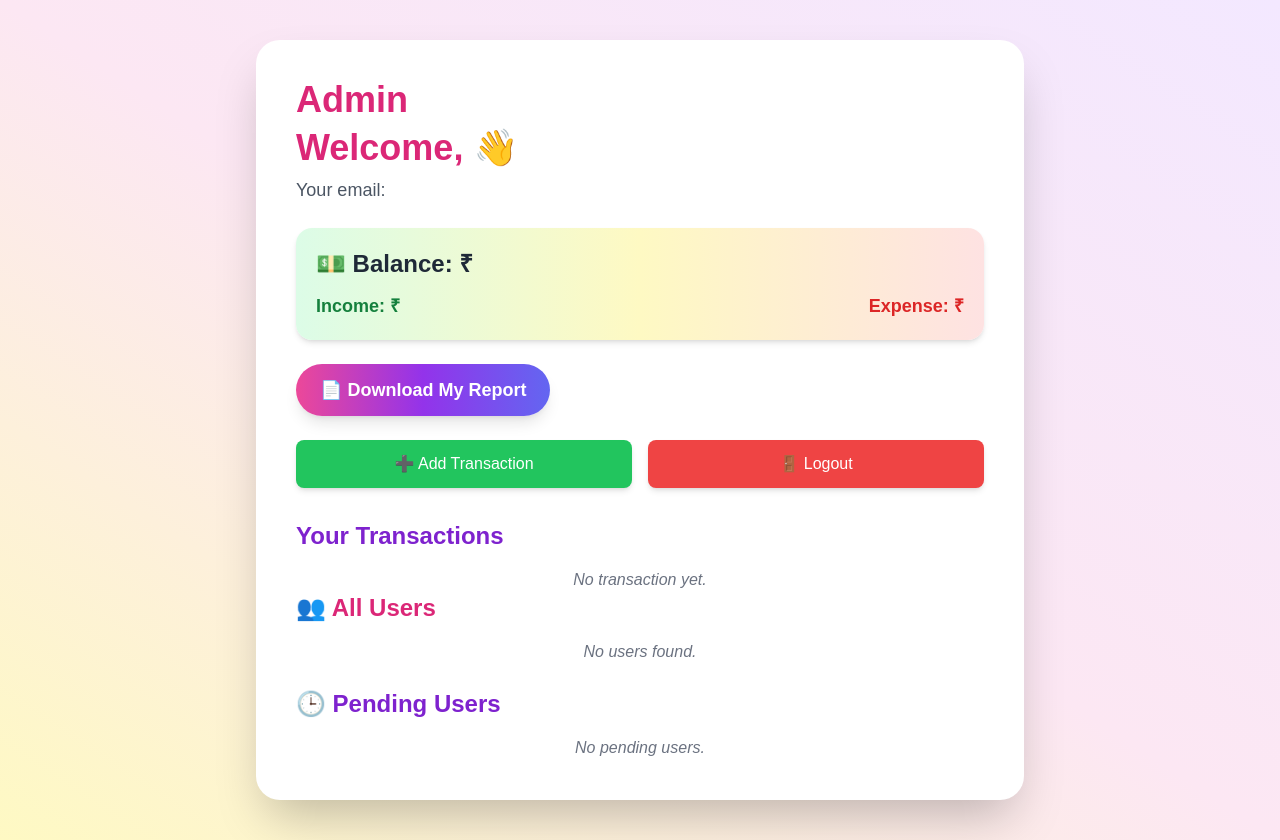
Repository: student-samratojha/ExpenseTrackerApp
Page: views/adminDash.ejs
These files come from the project's save history. The page is drawn as it stood at one moment and after the next save; the edit follows.
The browser window is 1280 px wide. The pictures show the whole page.
Some web libraries are served in a nearby version. The page is served by the project's Node server (app.js). The template is opened directly, without the code that normally fills it, so the values that code supplies are empty.

Above is the page before, as saved 2025-10-15 18:10:24.

After the next save:
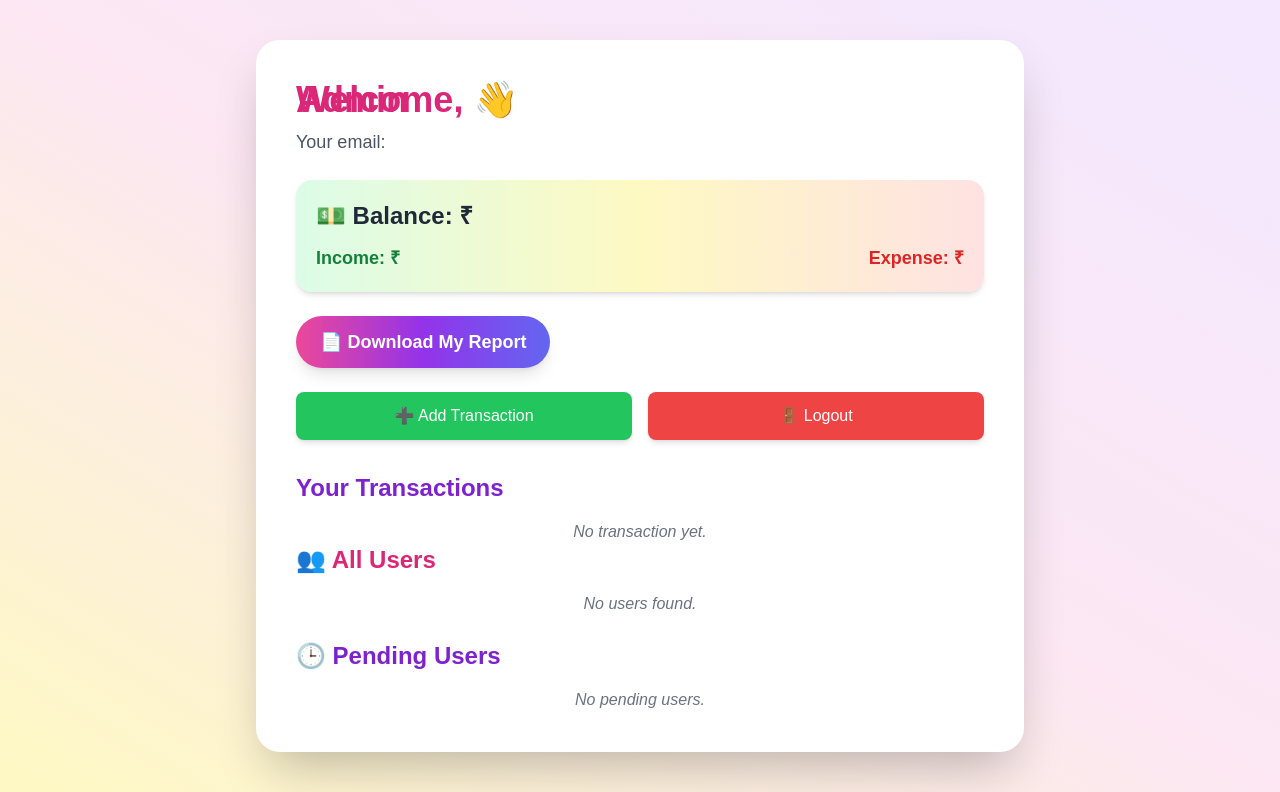
Saved 4 s later.
--- a/views/adminDash.ejs
+++ b/views/adminDash.ejs
@@ -19,7 +19,7 @@
     <div
       class="max-w-full sm:max-w-xl md:max-w-3xl mx-auto bg-white rounded-3xl shadow-2xl p-6 sm:p-8 md:p-10"
     >
-    <h2 class="text-3xl sm:text-4xl abd font-bold text-pink-600 mb-2">Admin</h2>
+    <h2 class="text-3xl sm:text-4xl absolute top- font-bold text-pink-600 mb-2">Admin</h2>
       <!-- Greeting -->
       <h2 class="text-3xl sm:text-4xl font-bold text-pink-600 mb-2">
         Welcome, <%= admin.userName %> 👋
